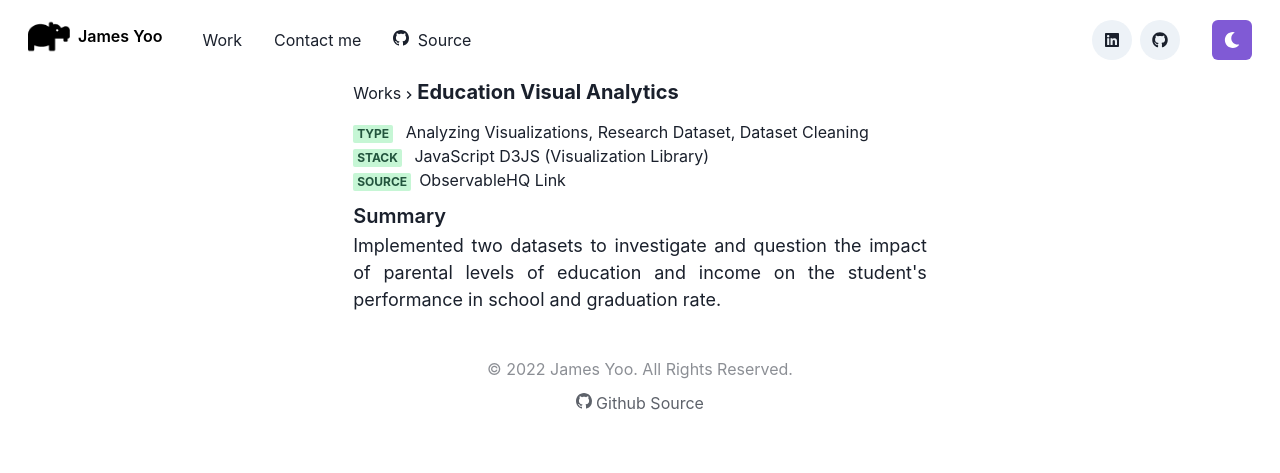
Repository: jammy729/portfolio-2022
Page: /work/educationvisualanalytics
An editor plug-in stored every save of this project. The page is shown before and after the next save, followed by the edit.
The browser window is 1280 px wide. The pictures show the whole page.
The project was rebuilt for these pictures with package versions that can differ from the ones it lists, and the page was loaded fresh each time. Also part of the build but not shown: src/components/home.js, src/components/contact.js, src/components/layouts/layout.js, src/components/work/work.js, src/components/work/Development/WorldInstitutionDatabase/worldinstitutiondatabase.js, src/components/work/Development/GeoMemories/geomemories.js, src/components/work/Design/ExperienceDesign/experiencedesign.js, src/components/work/Development/PersonalPortfolio/personalportfolio.js. Imported but missing from the stored project, and not drawn on this page: src/components/work/Design/FinestCup/finestcup, src/components/work/Development/WorldInstitutionDatabase/universityDatabase.mp4.

Above is the page before, as saved 2022-06-28 14:51:33.

After the next save:
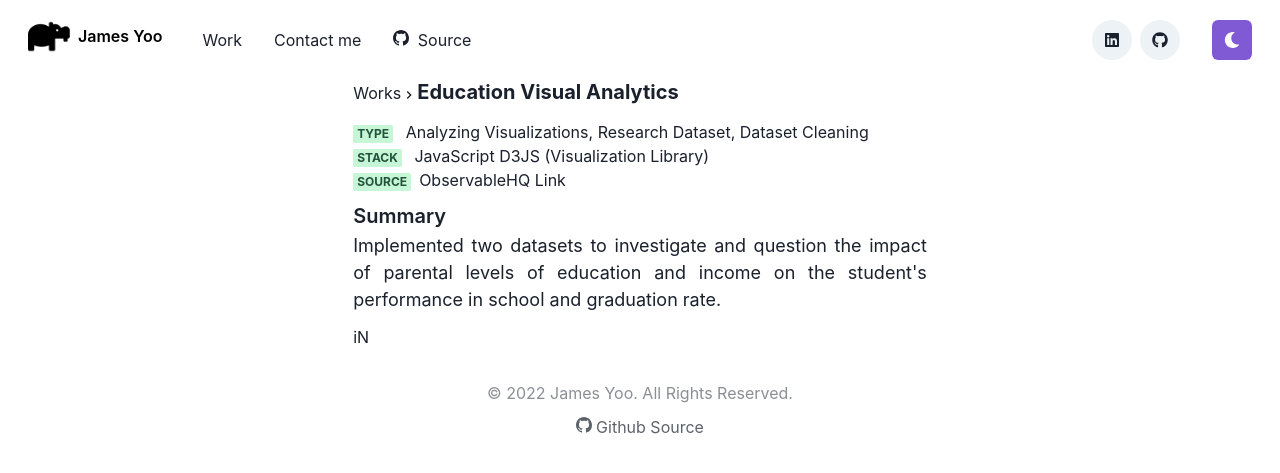
Saved 9 min 8 s later.
--- a/src/components/work/Development/EducationVisualAnalytics/educationvisualanalytics.js
+++ b/src/components/work/Development/EducationVisualAnalytics/educationvisualanalytics.js
@@ -36,6 +36,8 @@ const EducationVisualAnalytics = () => {
           parental levels of education and income on the student's performance
           in school and graduation rate.
         </DescriptionText>
+
+        iN
       </Container>
     </Box>
   )
